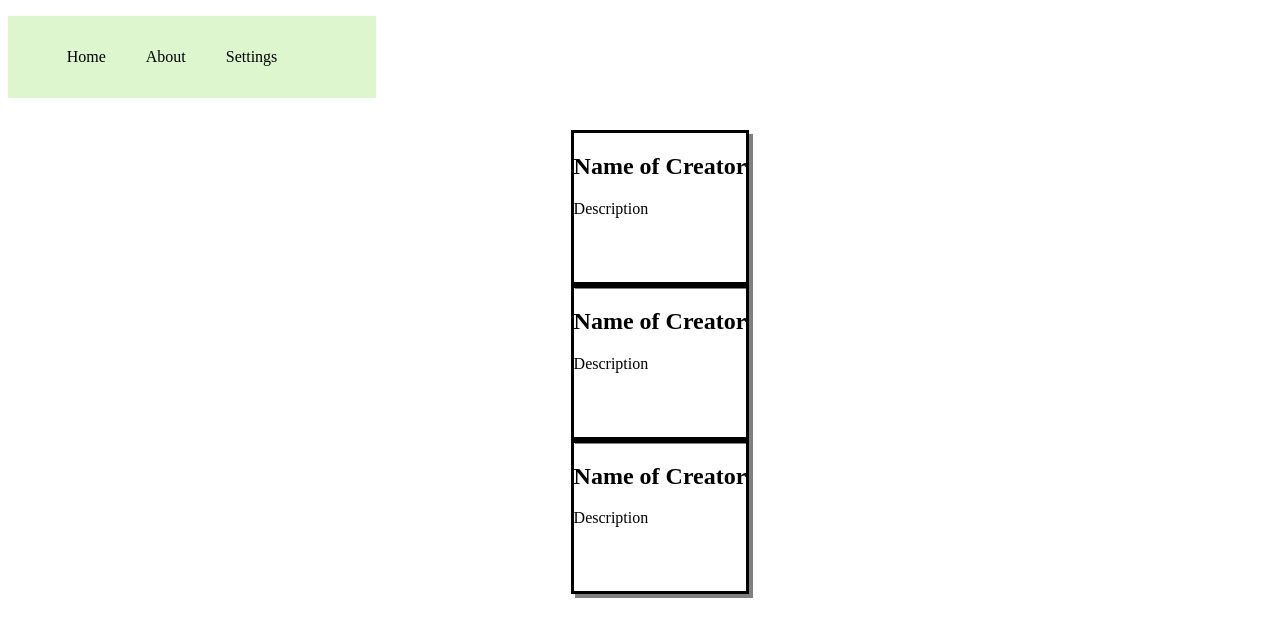
Repository: k8ANStar/Questify
Page: /About
These files come from the project's save history. The page is drawn as it stood at one moment and after the next save; the edit follows.
The browser window is 1280 px wide. The pictures show the whole page.
The project was rebuilt for these pictures with package versions that can differ from the ones it lists, and the page was loaded fresh each time. The framework's server and built-in components were replaced by stand-ins that run in the browser. Also part of the build but not shown: next.config.mjs.

Above is the page before, as saved 2024-03-24 22:07:08.

After the next save:
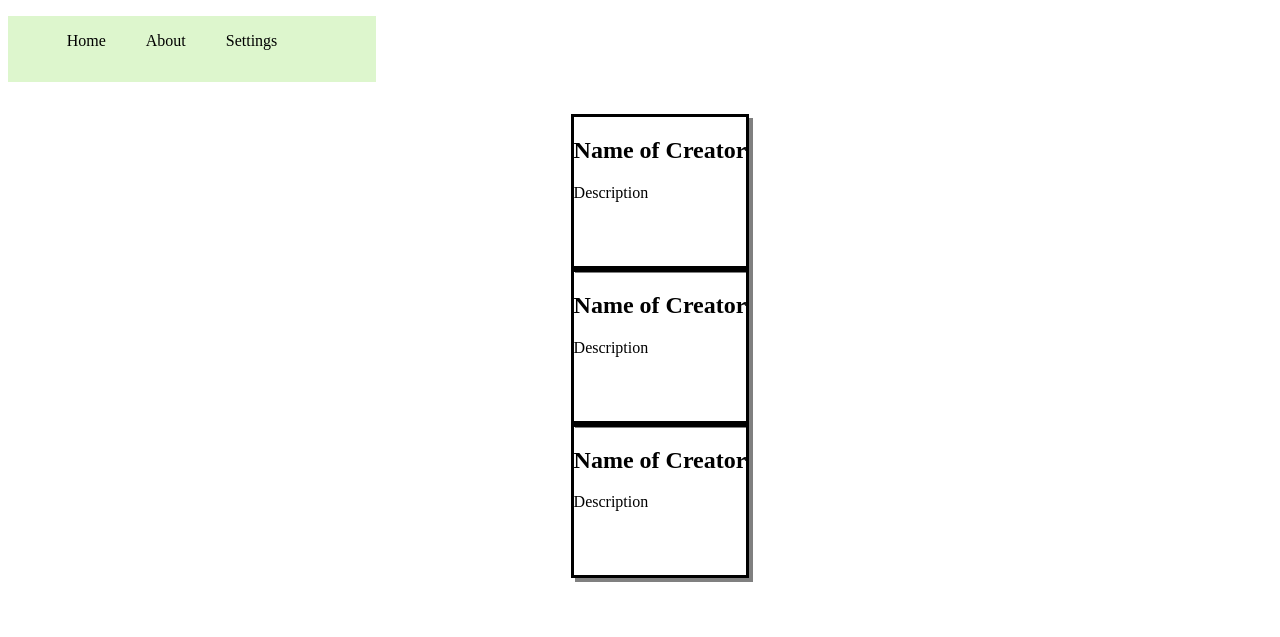
Saved 5 s later.
--- a/components/Header/Header.module.css
+++ b/components/Header/Header.module.css
@@ -2,7 +2,7 @@
 	display: flex;
 	list-style-type: none;
 	text-decoration: none;
-	padding: 2rem 2rem 2rem 1rem;
+	padding: 1rem 2rem 2rem 1rem;
 	width: 20rem;
 	background-color: rgb(221, 246, 205);
     justify-content: center;
